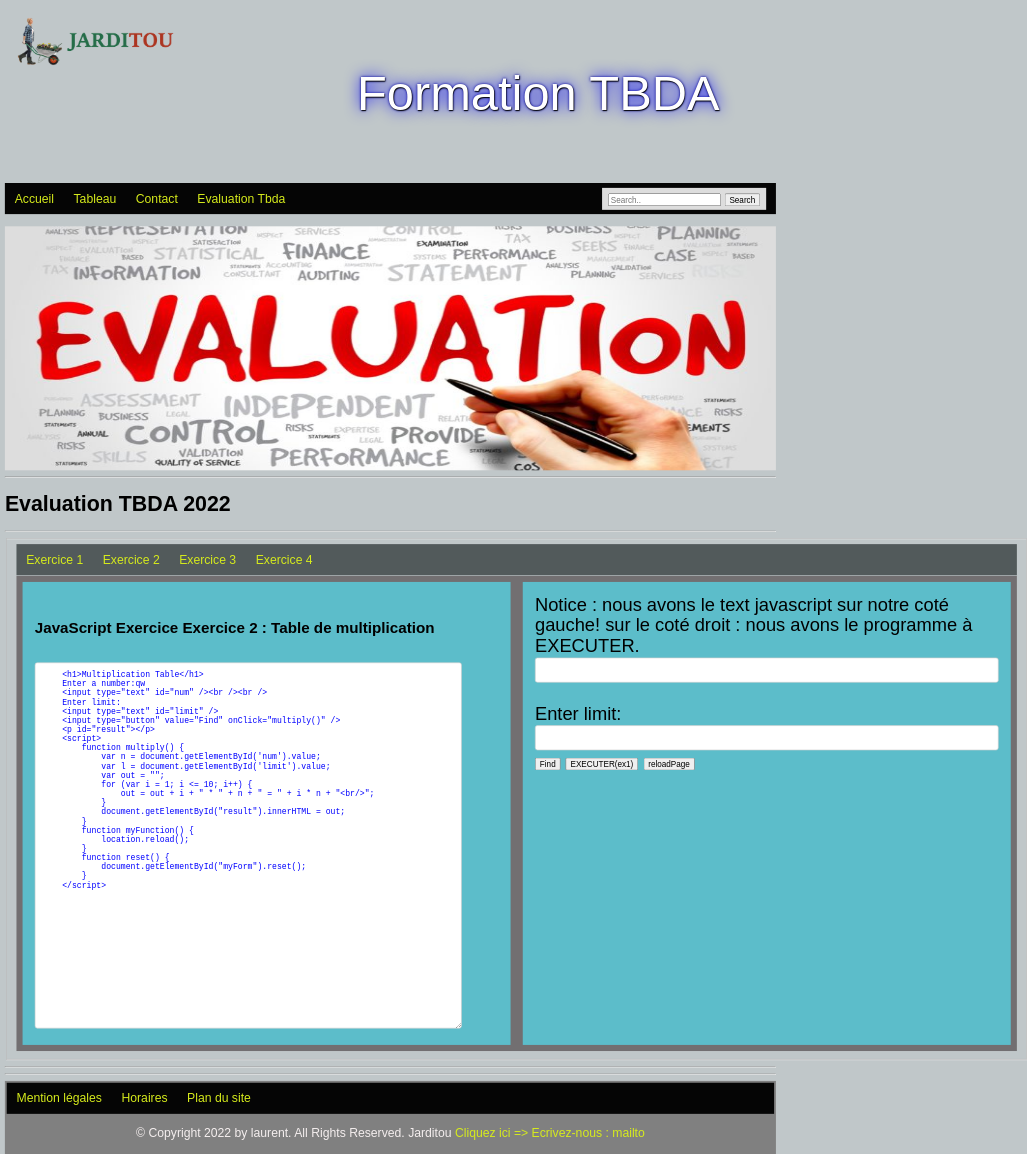
Repository: laurentbul/jarditou
Page: javascript/EvaluationTbda/evaluation_tbda.html
The author's editor kept a copy of each file at every save. The page is drawn from the files as they stood at one save, then again after the next save.
The browser window is 1280 px wide. The page is 1684 px wide, so the pictures cover 1684 px, including what lies to the right of the window. The pictures show the whole page, at 61% of full size.

Above is the page before, as saved 2022-12-15 04:07:11.

### javascript/EvaluationTbda/evaluation_tbda.html
<!DOCTYPE html>
<html lang="fr">

<head>
  <meta charset="UTF-8">
  <meta http-equiv="X-UA-Compatible" content="IE=edge">
  <meta name="viewport" content="width=device-width, initial-scale=1.0">
  <title>cours exercices HTML</title>
  <link rel="stylesheet" href="../assets/css/style.css" />

  <style>
    .flex-container2 {
      display: flex;
      background-color: rgb(114, 111, 113);
       justify-content: center;
    }

    .flex-container2>div {
      background-color: #5cbdca;
      margin: 10px;
      padding: 20px;
      font-size: 30px;
      width: 800px;
    }
  </style>
</head>

<body>
  <div class="flex-container">
    <div class="logo"><img src="../assets/img/jarditou_logo.png" alt="jarditou logo" title="jarditou logo"
        height="80" />
    </div>
    <div>
      <p class="slogan">Formation TBDA </p>
    </div>
  </div>
  <nav>
    <ul>
      <li><a href="../index.html">Accueil</a></li>
      <li><a href="../table.html">Tableau</a></li>
      <li><a href="../contact.html">Contact</a></li>
      <li><a href="../EvaluationTbda/evaluation_tbda.html">Evaluation Tbda</a></li>
      <li class="search-container">
        <div>
          <form action="/action_page.php">
            <input type="text" class="searchinput" placeholder="Search.." name="search" />
            <button type="submit">Search</button>
          </form>
        </div>
      </li>
    </ul>
  </nav>

  <img src="../assets/img/evaluation2.jpg" width="500" height="400" alt="qu'est ce que html" class="imgpromotion"
    title="promotion jarditou" />
  <hr />
  <h1>Evaluation TBDA 2022</h1>
  <hr>
  <fieldset>
    <nav style="padding:1px 0; font-size:20px;">
        <ul style="background-color: #525a5b;">
            <li><a href="eval_ex1.html">Exercice 1 </a></li>
            <li><a href="eval_ex2.html">Exercice 2 </a></li>
            <li><a href="eval_ex3.html">Exercice 3</a></li>
            <li><a href="eval_ex4.html">Exercice 4</a></li>
        </ul>
    </nav>
    <div class="flex-container2">
        <div id="code">
            <h5>JavaScript Exercice Exercice 2 : Table de multiplication</h5>
            <textarea style="height: 600px;width: 700px; color: blue;">
    <h1>Multiplication Table</h1>
    Enter a number:qw
    <input type="text" id="num" /><br /><br />
    Enter limit:
    <input type="text" id="limit" />
    <input type="button" value="Find" onClick="multiply()" />
    <p id="result"></p>
    <script>
        function multiply() {
            var n = document.getElementById('num').value;
            var l = document.getElementById('limit').value;
            var out = "";
            for (var i = 1; i <= 10; i++) {
                out = out + i + " * " + n + " = " + i * n + "<br/>";
            }
            document.getElementById("result").innerHTML = out;
        }
        function myFunction() {
            location.reload();
        }
        function reset() {
            document.getElementById("myForm").reset();
        }
    </script>
</textarea>
        </div>
        <div id="ex1">
            <div>
                Notice : nous avons le text javascript sur notre coté gauche!
                         sur le coté droit : nous avons le programme à EXECUTER.
                <input type="text" id="num" /><br /><br />
                Enter limit:
                <input type="text" id="limit" />
                <input type="button" value="Find" onClick="multiply()" />
                <input type="button" onclick="multiply() " value="EXECUTER(ex1)">
                <input type="button" onclick="myFunction()" value="reloadPage">
                <p id="result"></p>
            </div>
        </div>
    </div>
</fieldset>
<hr>
<script>
    function multiply() {
        var n = document.getElementById('num').value;
        var l = document.getElementById('limit').value;
        var out = "";
        for (var i = 1; i <= 10; i++) {
            out = out + i + " * " + n + " = " + i * n + "<br/>";
        }
        document.getElementById("result").innerHTML = out;
    }
    function myFunction() {
        location.reload();
    }
    function reset() {
        document.getElementById("myForm").reset();
    }
</script>
<hr>
<footer>
    <nav>
        <ul>
            <li><a href="mentionlegale.html">Mention légales</a></li>
            <li><a href="horaire.html">Horaires</a></li>
            <li><a href="plandusite.html">Plan du site</a></li>
        </ul>
    </nav>
    <p style="color: rgb(244, 238, 238);">
        &copy; Copyright 2022 by laurent. All Rights Reserved. Jarditou
        <a href="mailto:dave.loper@afpa.fr" title="Nous contacter">
            Cliquez ici => Ecrivez-nous : mailto
        </a>
    </p>
</footer>
</body>

</html>

### javascript/assets/css/style.css
body {
  font-family: Arial, Helvetica, sans-serif;
  padding: 0px;
  background-color: rgb(192, 199, 201);
  font-size: 20px;
  height: 1500px;
}
h1{font-size: 35px;
}
h2{font-size: 20px;
}
.flex-container {
  display: flex;
}

.flex-container>div {
  padding: 20px;
}

.jarditou_logo {
  height: 80px;
}

.slogan {
  color: white;
  text-shadow: 1px 1px 2px black, 0 0 25px blue, 0 0 5px darkblue;
  font-size: 40px;
  margin-left: 250px;
  font-size: 80px;
}

ul {
  list-style-type: none;
  margin: 0;
  padding: 0;
  overflow: hidden;
  background-color: rgb(5, 5, 5);
}

li {
  float: left;
}

li a {
  display: block;
  color: white;
  text-align: center;
  padding: 14px 16px;
  text-decoration: none;
}

li a:hover:not(.active) {
  background-color: rgb(240, 10, 10);
}

.active {
  background-color: #4caf50;
}

a:link {
  color: rgb(214, 235, 28);
  background-color: transparent;
  text-decoration: none;
}

ul.a {

  background-color: rgb(179, 167, 167);

  color:rgb(42, 226, 211);

}


aside {
  width: 30%;
  height: 25%px;
  padding-left: 15px;
  float: right;
  font-style: italic;
  background-color: lightgray;
  margin-right: 60px;
  /*display:none */ /*===========correction =======================*/
}



.imgpromotion {
  display: block;
  margin-top: 20px;
  margin-left: auto;
  margin-right: auto;
  width: 100%;
}


footer {
  text-align: center;
  padding: 3px;
  background-color: gray;
  color: white;
}


.search-container {
  float: right;
  padding: 6px 10px;
  margin-top: 8px;
  margin-right: 16px;
  background: #ddd;
  font-size: 20px;
  border: none;
  cursor: pointer;
}


* {
  box-sizing: border-box;
}

input[type=text]:not(.searchinput),
select,
textarea {
  width: 100%;
  padding: 12px;
  border: 1px solid #ccc;
  border-radius: 4px;
  resize: vertical;
}



input[type=submit] {
  display: block;
  margin: 0px;
  width: 100%;
  padding: 12px;
  background-color: rgb(211, 211, 212);
}


input[type=submit]:hover {
  background-color: #d6c82f;
}

.container {
  border-radius: 5px;
  background-color: #af1818;
  padding: 20px;
}

#pays {
  font-size: 20px;
}

#birthday {
  font-size: 20px;
}

table {
  margin-bottom: 50px;
  margin-left: 100px;
}


th,
td {
  border: 1px solid black;
  border-collapse: collapse;
  margin-left: 100px;
  margin-bottom: 10px;
  background-color: #3f3324;
}

th {
  background-color: gray;
}

tr {
  color: azure;
}

table {
  width: 50%;
}

.btncontact {
  height: 45px;
  width: 200px;
  background-color: hsl(127, 4%, 46%);
  font-size: 20px;
  margin-left: 100px;
}

.btncontact:hover {
  background-color: #6ab0d8;
  color: white;
}

/* Responsive layout - when the screen is less than 768px wide, make the two columns stack on top of each other instead of next to each other */
@media screen and (max-width: 768px) {

  body {

    background-color: lavender;
    font-size: 14px;
  }


  .flex-container {
    display: flex;
  }

  .flex-container>div {
    padding: 0px;

  }

  .jarditou_logo {
    height: 80px;
  }

  .slogan {
    color: white;
    text-shadow: 1px 1px 2px black, 0 0 25px blue, 0 0 5px darkblue;
    margin-left: 0px;
    font-size: 40px;
  }

  ul {
    list-style-type: none;
    background-color: #367791;
    width: 768px;
  }

  li {
    background-color: rgb(10, 10, 10);
    display: flex;
    justify-content: center;
    width: 768px;
  }

  li a:hover:not(.active) {
    background-color: rgb(240, 10, 10);
  }

  aside{
    visibility: hidden;
}


}

.error{
  color: rgb(197, 22, 22);
}

After the next save:
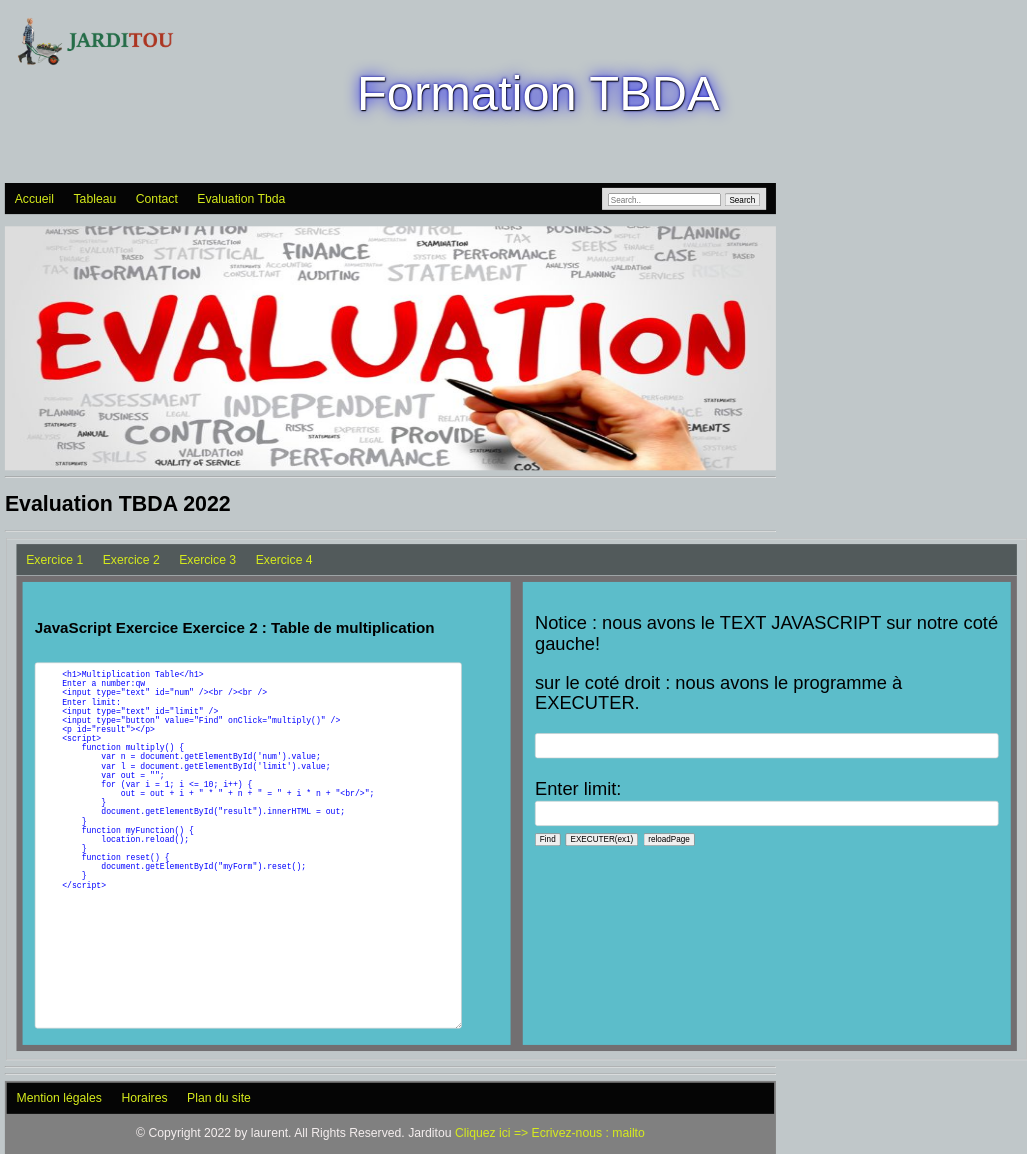
Saved 114 s later.
--- a/javascript/EvaluationTbda/evaluation_tbda.html
+++ b/javascript/EvaluationTbda/evaluation_tbda.html
@@ -97,8 +97,8 @@
         </div>
         <div id="ex1">
             <div>
-                Notice : nous avons le text javascript sur notre coté gauche!
-                         sur le coté droit : nous avons le programme à EXECUTER.
+                <p>Notice : nous avons le TEXT JAVASCRIPT sur notre coté gauche!</p>
+                <p> sur le coté droit : nous avons le programme à EXECUTER.</p>
                 <input type="text" id="num" /><br /><br />
                 Enter limit:
                 <input type="text" id="limit" />
